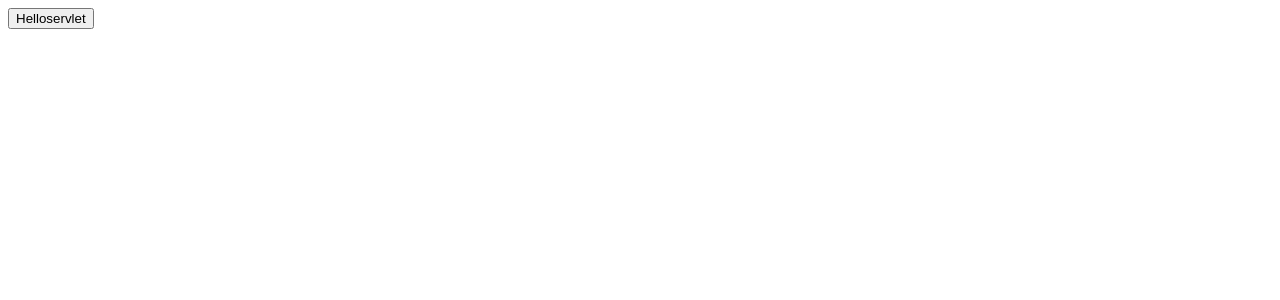
Repository: koju5335232/backup
Page: http://localhost/HelloServlet/
These files come from the project's save history. The page is drawn as it stood at one moment and after the next save; the edit follows.
The browser window is 1280 px wide. The pictures show the whole page.
The page is served by Tomcat 9. Other server files are loaded and not shown.

Above is the page before, as saved 2018-01-10 06:42:05.

### HelloServlet/WebContent/index.jsp
<%@ page language="java" contentType="text/html; charset=UTF-8"
    pageEncoding="UTF-8"%>
<!DOCTYPE html>
<html>
<head>
<meta charset="UTF-8">
<title>HelloServlet</title>
</head>
<body>
<input type="button" value="Helloservlet" onClick="location.href='HelloServlet'">
</body>
</html>

After the next save:
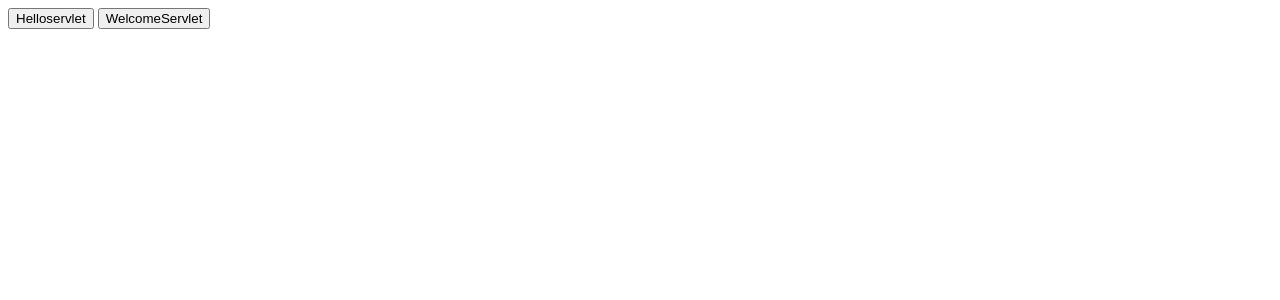
Saved 8 s later.
--- a/HelloServlet/WebContent/index.jsp
+++ b/HelloServlet/WebContent/index.jsp
@@ -8,5 +8,6 @@
 </head>
 <body>
 <input type="button" value="Helloservlet" onClick="location.href='HelloServlet'">
+<input type="button" value="WelcomeServlet" onClick="location.href='welcome.jsp'">
 </body>
 </html>
